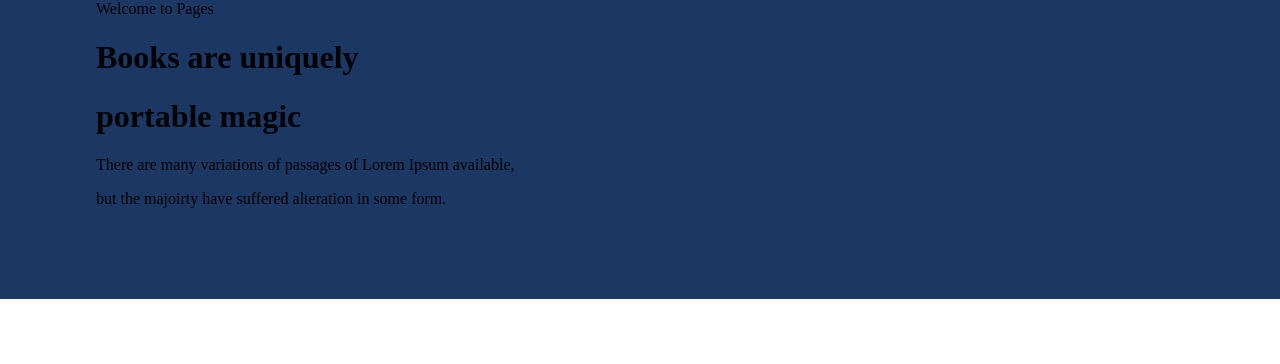
Repository: Godnorg/Class2
Page: index.html
The author's editor kept a copy of each file at every save. The page is drawn from the files as they stood at one save, then again after a run of saves.
The browser window is 1280 px wide. The pictures show the whole page.

Above is the page before, as saved 2023-02-13 21:32:43.

After the next 5 saves:
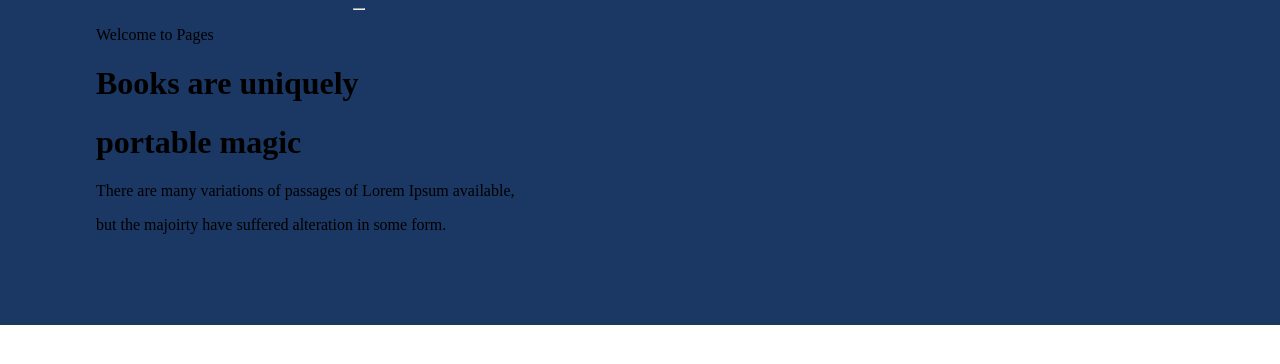
The 5 saves are shown as one change because they came seconds apart.
The last was saved 13 s later.
--- a/index.html
+++ b/index.html
@@ -16,7 +16,7 @@
         <div class="middle">
             <div>
 
-                <hr<p>Welcome to Pages</p>
+                <hr style="width: 10px"><p>Welcome to Pages</p>
                 <h1>Books are uniquely</h1>
                 <h1>portable magic</h1>
                 <p>There are many variations of passages of Lorem Ipsum available,</p>
